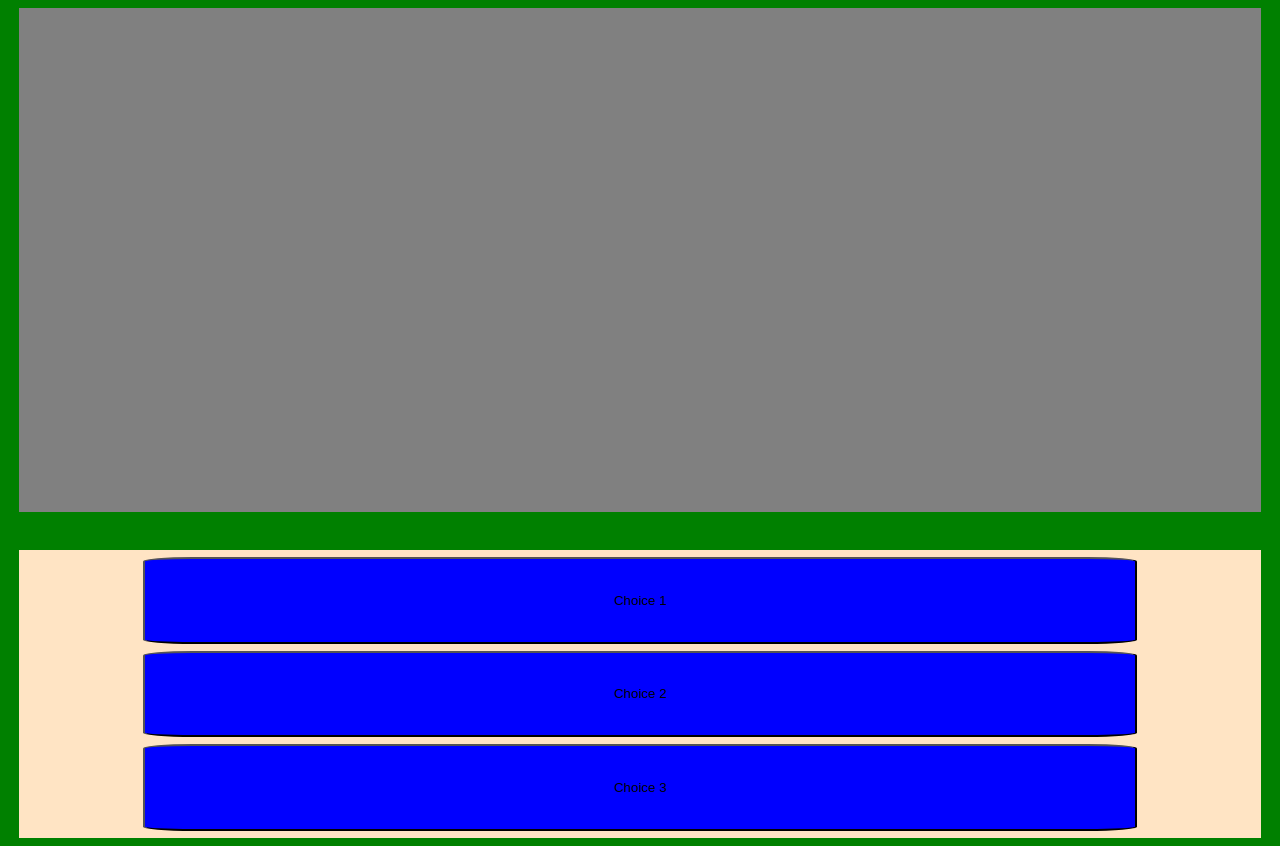
Repository: nguyenlejoe/Dynamic_notSoSherlock
Page: MultiChoice/MultiChoice.html
The author's editor kept a copy of each file at every save. The page is drawn from the files as they stood at one save, then again after the next save.
The browser window is 1280 px wide. The pictures show the whole page.

Above is the page before, as saved 2020-03-05 18:46:18.

After the next save:
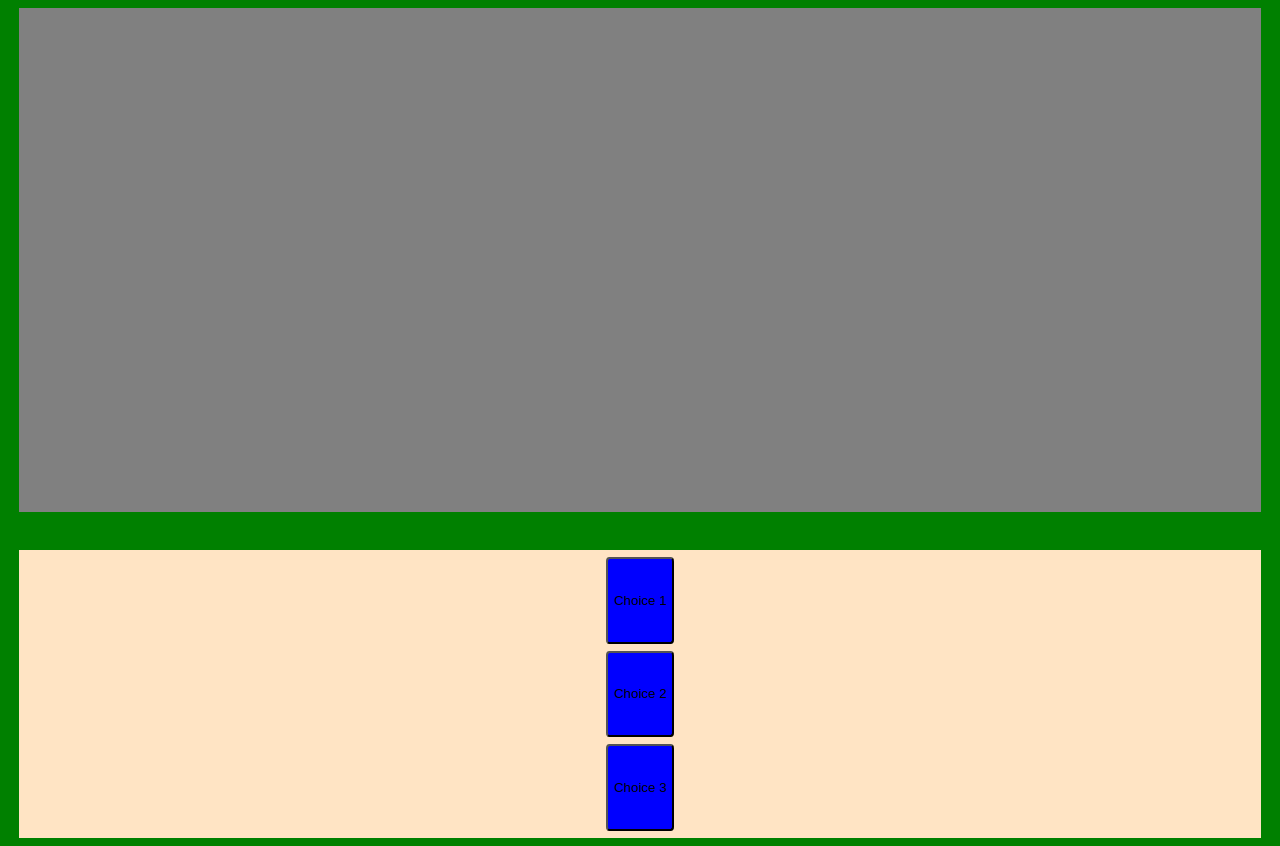
Saved 13 s later.
--- a/MultiChoice/MultiChoice.css
+++ b/MultiChoice/MultiChoice.css
@@ -27,7 +27,7 @@
 }
 
 .InductiveChoice{
-    width: 80%;
+    width: 8-0%;
     height: 30%;
     background-color: blue;
     border-radius: 05%;

After the save that followed:
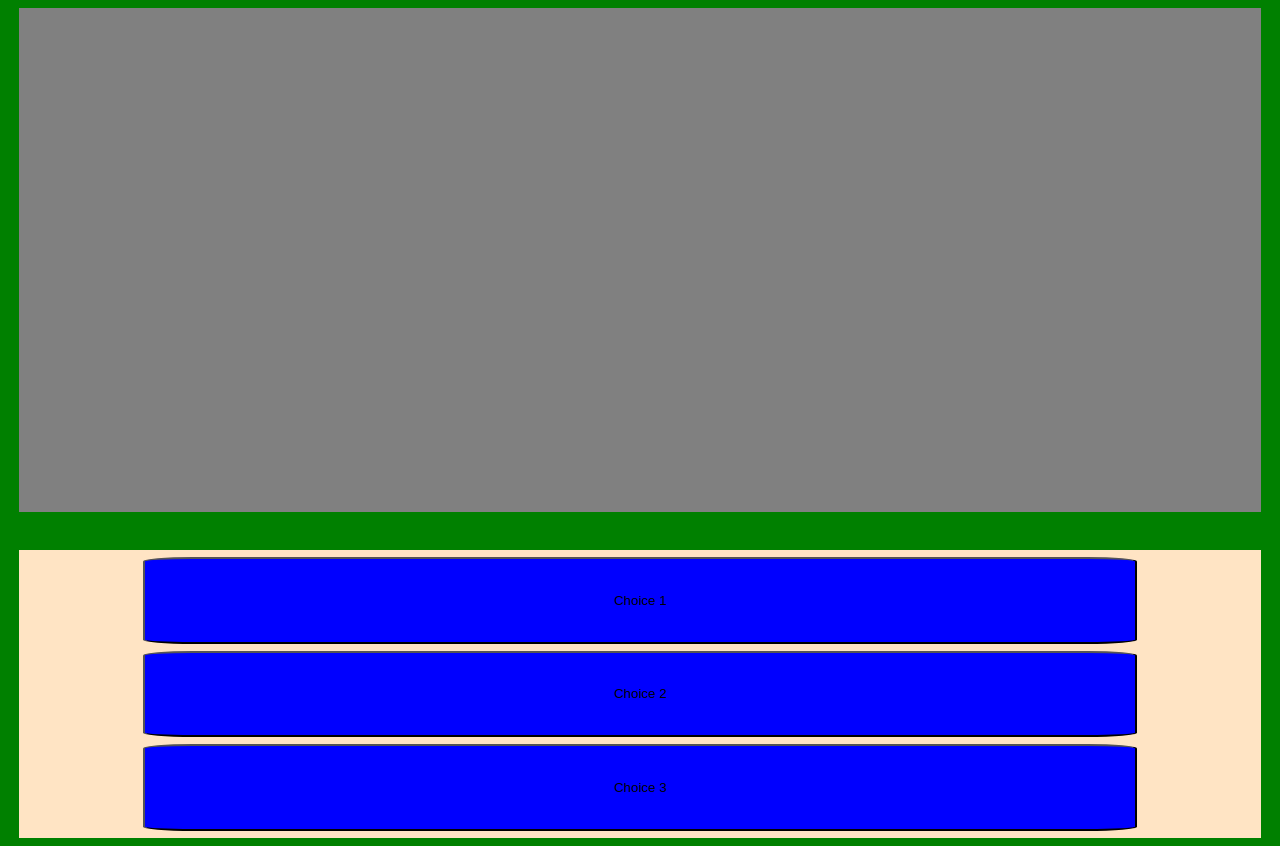
Saved 7 s later.
--- a/MultiChoice/MultiChoice.css
+++ b/MultiChoice/MultiChoice.css
@@ -27,7 +27,7 @@
 }
 
 .InductiveChoice{
-    width: 8-0%;
+    width: 80%;
     height: 30%;
     background-color: blue;
     border-radius: 05%;
